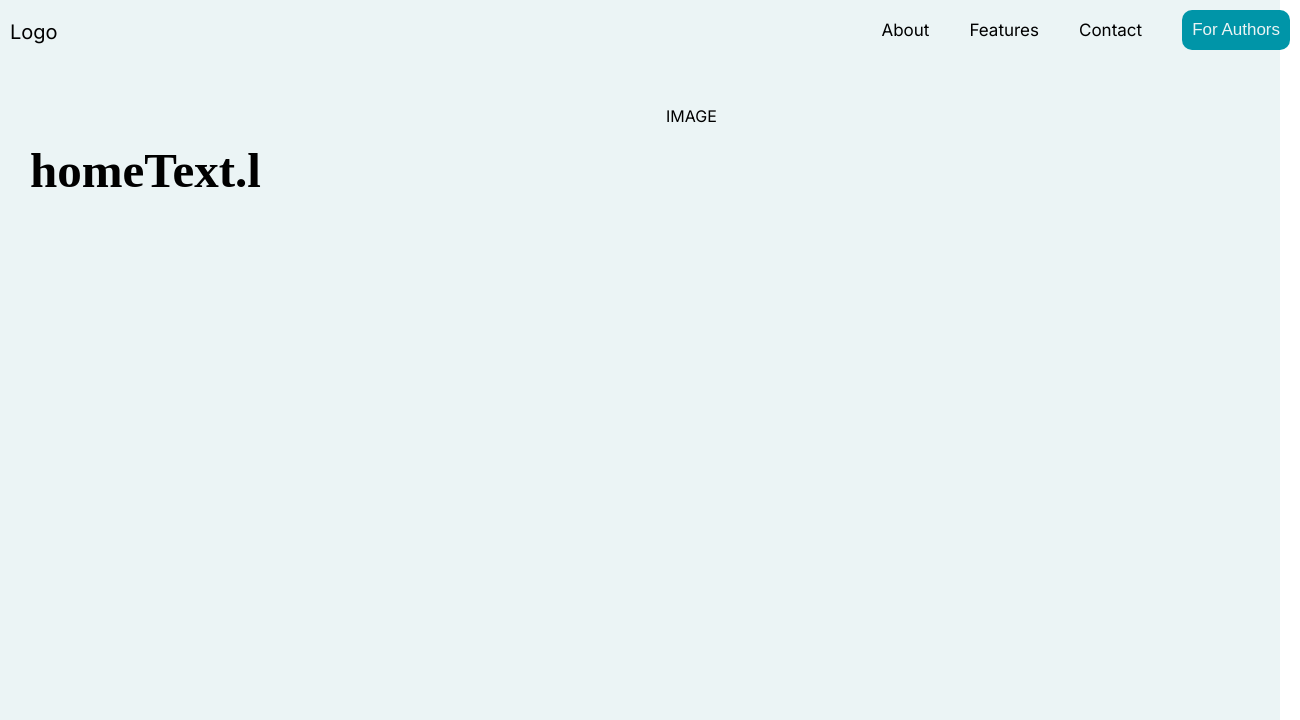
Repository: argorn-inc/spiral-landing-page
Page: /
The author's editor kept a copy of each file at every save. The page is drawn from the files as they stood at one save, then again after the next save.
The browser window is 1280 px wide. The page is 1300 px wide, so the pictures cover 1300 px, including what lies to the right of the window. The pictures show the whole page.
The project was rebuilt for these pictures with package versions that can differ from the ones it lists, and the page was loaded fresh each time. The framework's server and built-in components were replaced by stand-ins that run in the browser. Also part of the build but not shown: next.config.js.

Above is the page before, as saved 2023-10-05 14:24:15.

After the next save:
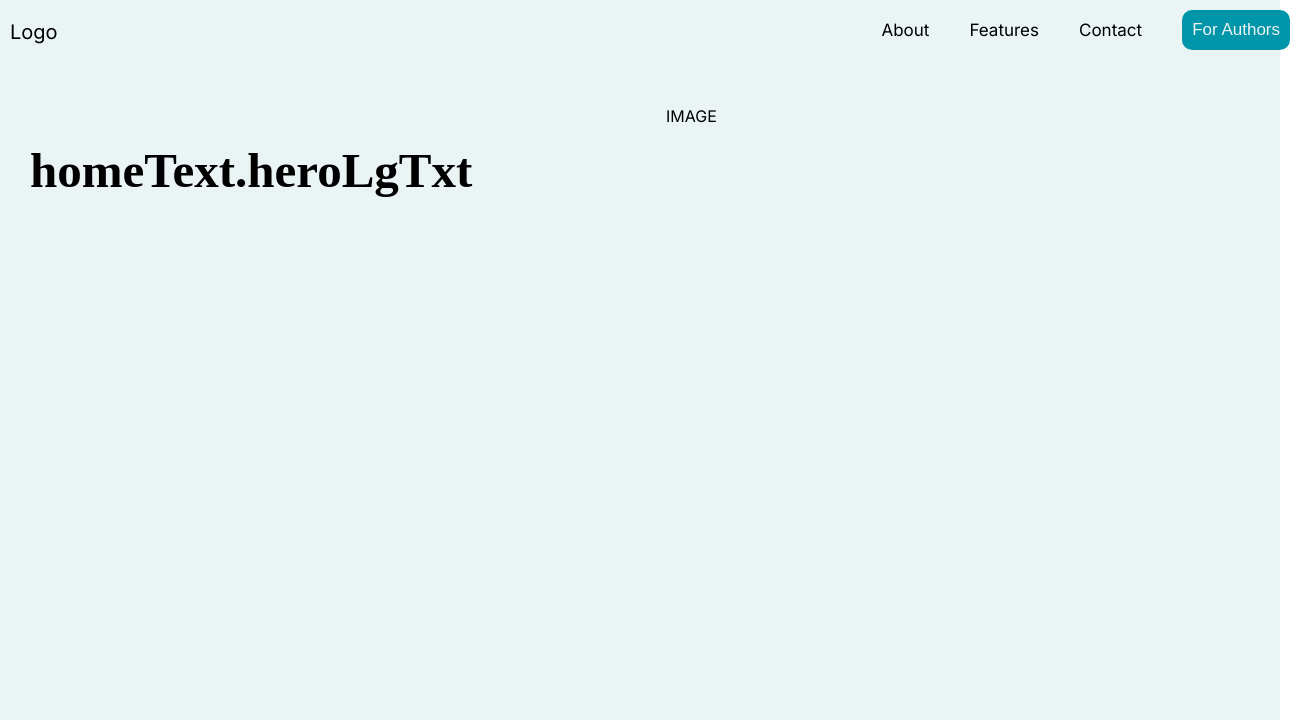
Saved 8 s later.
--- a/components/HeroSection.jsx
+++ b/components/HeroSection.jsx
@@ -7,7 +7,7 @@
         <div className={styles.heroSection}>
             <div className={styles.heroSec__left}>
                 <p className={styles.heroSec__leftLargeTxt}>
-                   homeText.l
+                   homeText.heroLgTxt
                 </p>
                 <span>
 
